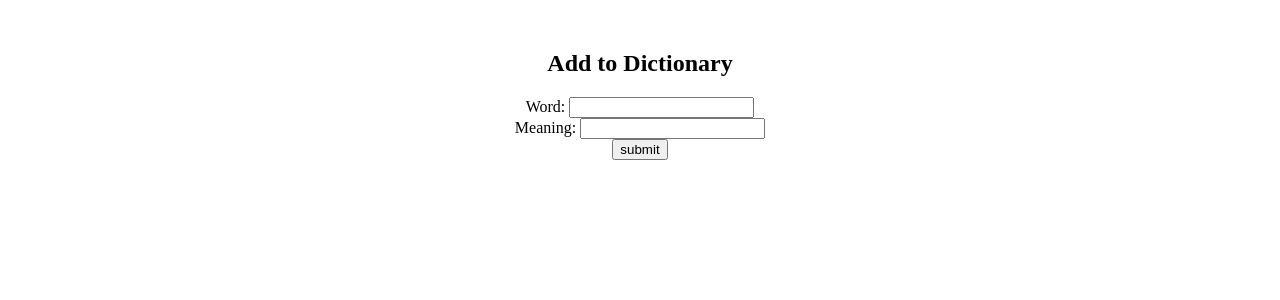
Repository: DonalMcGahon/An-Asynchronous-RMI-Dictionary-Service
Page: http://localhost/DictionaryWebApp/DictionaryForm.jsp
The author's editor kept a copy of each file at every save. The page is drawn from the files as they stood at one save, then again after the next save.
The browser window is 1280 px wide. The pictures show the whole page.
The page is served by Tomcat 9. Other server files are loaded and not shown.

Above is the page before, as saved 2017-12-20 19:33:04.

### Project Workspace/DictionaryWebApp/WebContent/DictionaryForm.jsp
<%@ page language="java" contentType="text/html; charset=ISO-8859-1"
    pageEncoding="ISO-8859-1"%>
<!DOCTYPE html PUBLIC "-//W3C//DTD HTML 4.01 Transitional//EN" "http://www.w3.org/TR/html4/loose.dtd">
<html>
<head>
<meta http-equiv="Content-Type" content="text/html; charset=ISO-8859-1">
<title>Dictionary Lookup</title>
</head>
<body>
<div align="center" style="margin-top: 50px;">

 		<H2><B>Add to Dictionary</B></H2>
        <form action="DictionaryServletAdd">
        Word:  <input type="text" name="word" size="20px"> <br>
        Meaning:  <input type="text" name="meaning" size="20px"> <br>
        <input type="submit" value="submit">
        </form>

    </div>
</body>
</html>

After the next save:
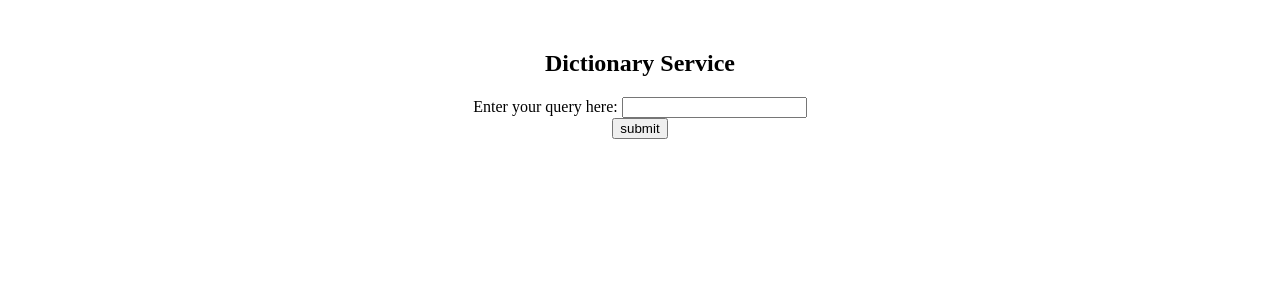
Saved 83 s later.
--- a/Project Workspace/DictionaryWebApp/WebContent/DictionaryForm.jsp
+++ b/Project Workspace/DictionaryWebApp/WebContent/DictionaryForm.jsp
@@ -9,10 +9,9 @@
 <body>
 <div align="center" style="margin-top: 50px;">
 
- 		<H2><B>Add to Dictionary</B></H2>
-        <form action="DictionaryServletAdd">
-        Word:  <input type="text" name="word" size="20px"> <br>
-        Meaning:  <input type="text" name="meaning" size="20px"> <br>
+ 		<H2><B>Dictionary Service</B></H2>
+        <form action="DictionaryServlet">
+        Enter your query here:  <input type="text" name="inputWord" size="20px"> <br>
         <input type="submit" value="submit">
         </form>
 
